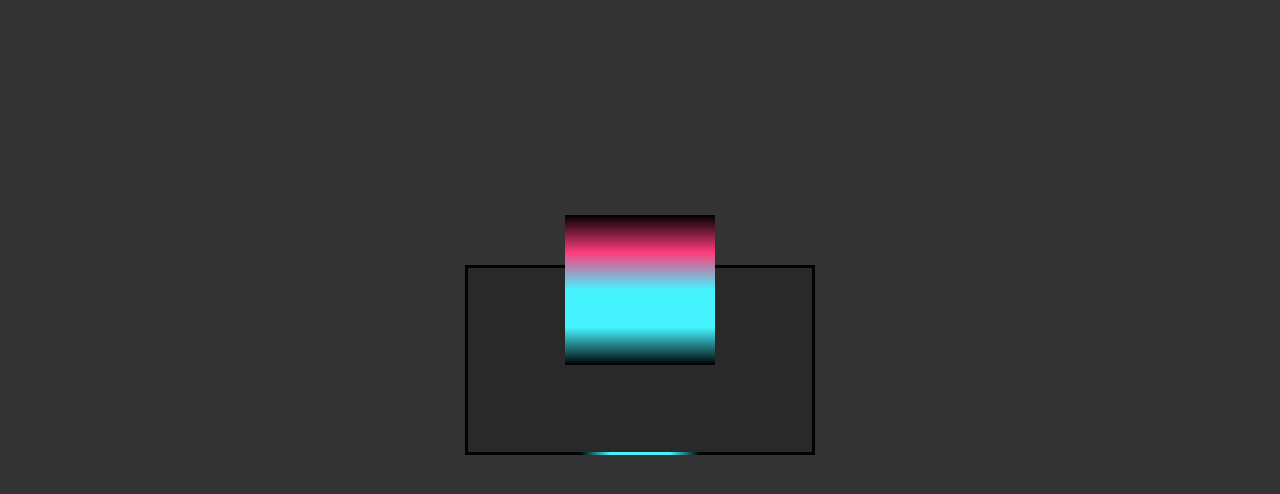
Repository: SeungYn/Javascript-study-toy
Page: profile-card/index.html
An editor plug-in stored every save of this project. The page is shown before and after a run of saves, followed by the edit.
The browser window is 1280 px wide. The pictures show the whole page.

Above is the page before, as saved 2023-01-12 15:40:32.

### profile-card/index.html
<!DOCTYPE html>
<html lang="en">
  <head>
    <meta charset="UTF-8" />
    <meta http-equiv="X-UA-Compatible" content="IE=edge" />
    <meta name="viewport" content="width=device-width, initial-scale=1.0" />
    <title>Document</title>
    <link rel="stylesheet" href="./style.css" />
  </head>
  <body>
    <div class="card">
      <div class="lines"></div>
      <div class="imgBx"></div>
    </div>
  </body>
</html>

### profile-card/style.css
@import url('https://fonts.googleapis.com/css?family-Popins:100,200,300,400,500,600,700,800,900');

* {
  margin: 0;
  padding: 0;
  box-sizing: border-box;
  font-family: 'Popins', sans-serif;
}

body {
  display: flex;
  justify-content: center;
  align-items: center;
  min-height: 100vh;
  background: #333;
}

.card {
  position: relative;
  width: 350px;
  height: 190px;
  background: #333;
  transition: 0.5s;
}

.card:hover {
  height: 450px;
}

.card .lines {
  position: absolute;
  inset: 0;
  background: #000;
  overflow: hidden;
}

.card .lines::before {
  content: '';
  position: absolute;
  top: 50%;
  left: 50%;
  transform: translate(-50%, -50%);
  width: 600px;
  height: 120px;
  background: linear-gradient(
    transparent,
    #45f3ff,
    #45f3ff,
    #45f3ff,
    transparent
  );
  animation: animate 4s linear infinite;
}

@keyframes animate {
  0% {
    transform: translate(-50%, -50%) rotate(0deg);
  }

  100% {
    transform: translate(-50%, -50%) rotate(360deg);
  }
}

.card .lines::after {
  content: '';
  position: absolute;
  inset: 3px;
  background-color: #292929;
}

.card .imgBx {
  position: absolute;
  left: 50%;
  top: -50px;
  transform: translateX(-50%);
  width: 150px;
  height: 150px;
  background: #000;
  transition: 0.5s;
  z-index: 10;
  overflow: hidden;
}

.card:hover .imgBx {
  width: 250px;
  height: 250px;
}
.card .imgBx::before {
  content: '';
  position: absolute;
  top: 50%;
  left: 50%;
  width: 500px;
  height: 150px;
  transform: translate(-50%, -50%);
  background: linear-gradient(
    transparent,
    #ff3c7b,
    #45f3ff,
    #45f3ff,
    transparent
  );
}

After the next 2 saves:
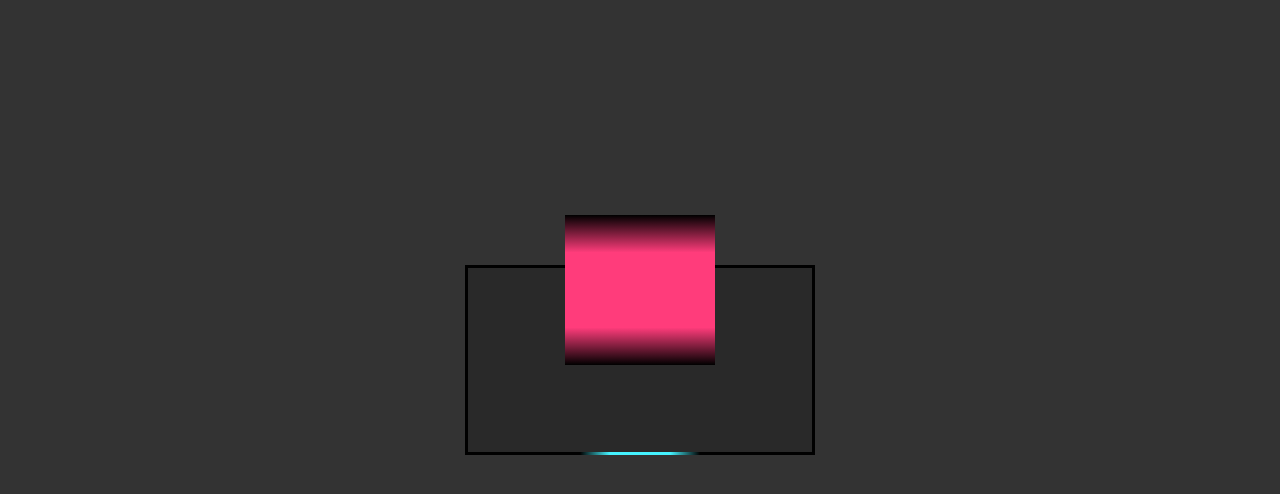
The 2 saves are shown as one change because they came seconds apart.
The last was saved 11 s later.
--- a/profile-card/style.css
+++ b/profile-card/style.css
@@ -97,8 +97,8 @@ body {
   background: linear-gradient(
     transparent,
     #ff3c7b,
-    #45f3ff,
-    #45f3ff,
+    #ff3c7b,
+    #ff3c7b,
     transparent
   );
 }
